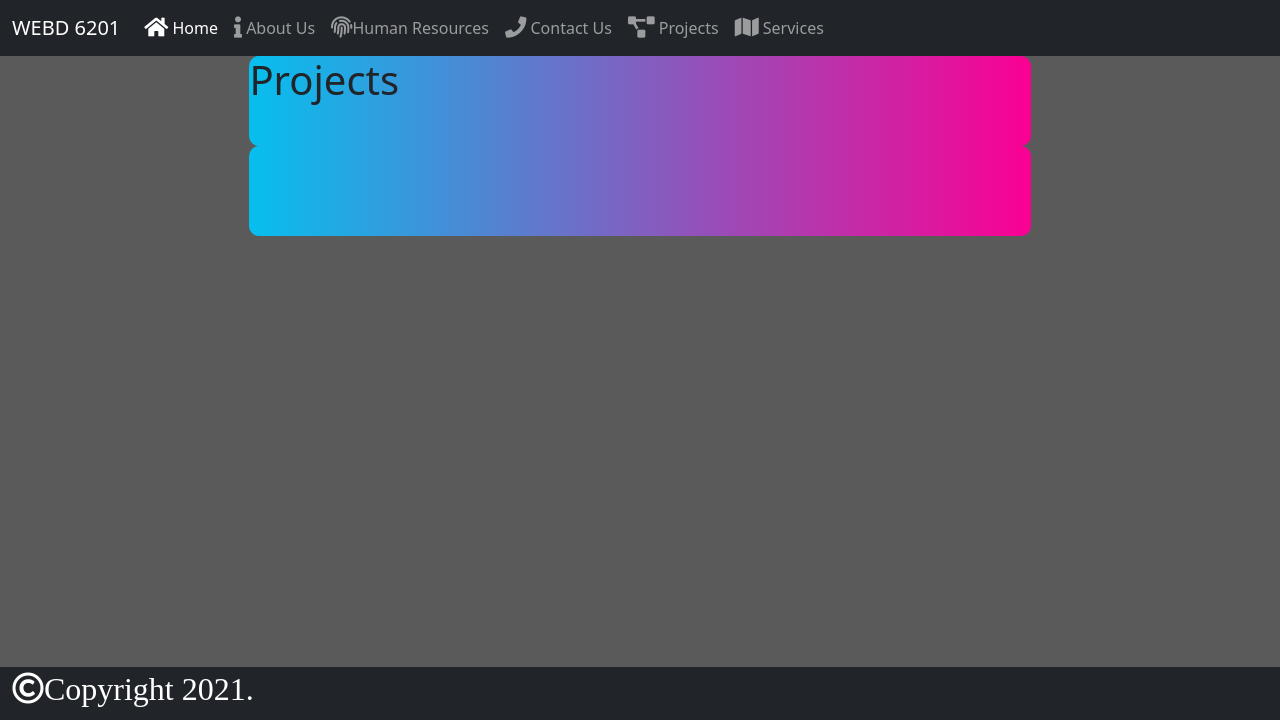
Repository: vans12345678/WEBD6201-W2021-Week3
Page: projects.html
An editor plug-in stored every save of this project. The page is shown before and after a run of saves, followed by the edit.
The browser window is 1280 px wide. The pictures show the whole page.

Above is the page before, as saved 2021-01-28 22:11:27.
Console error: TypeError: Cannot read properties of null (reading 'appendChild')

After the next 2 saves:
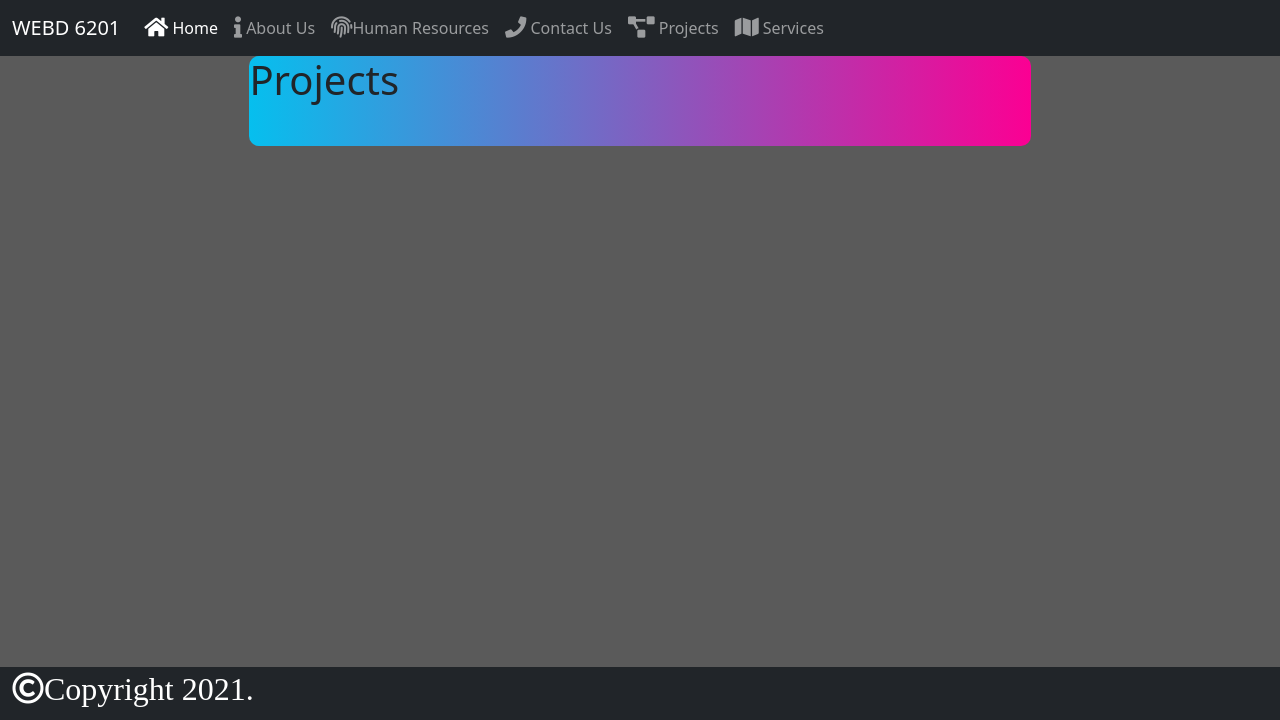
The 2 saves are shown as one change because they came seconds apart.
The last was saved 15 s later.
--- a/projects.html
+++ b/projects.html
@@ -48,7 +48,7 @@
     <!-- Main Contents -->
     <main class ="container">
         <h1 class ="gradiant">Projects</h1>
-        <h1 class ="gradiant" id="p1"></h1>
+        <h1 id="p1"></h1>
         </br>
         <p id="pp1Description"></p>
     </main>
